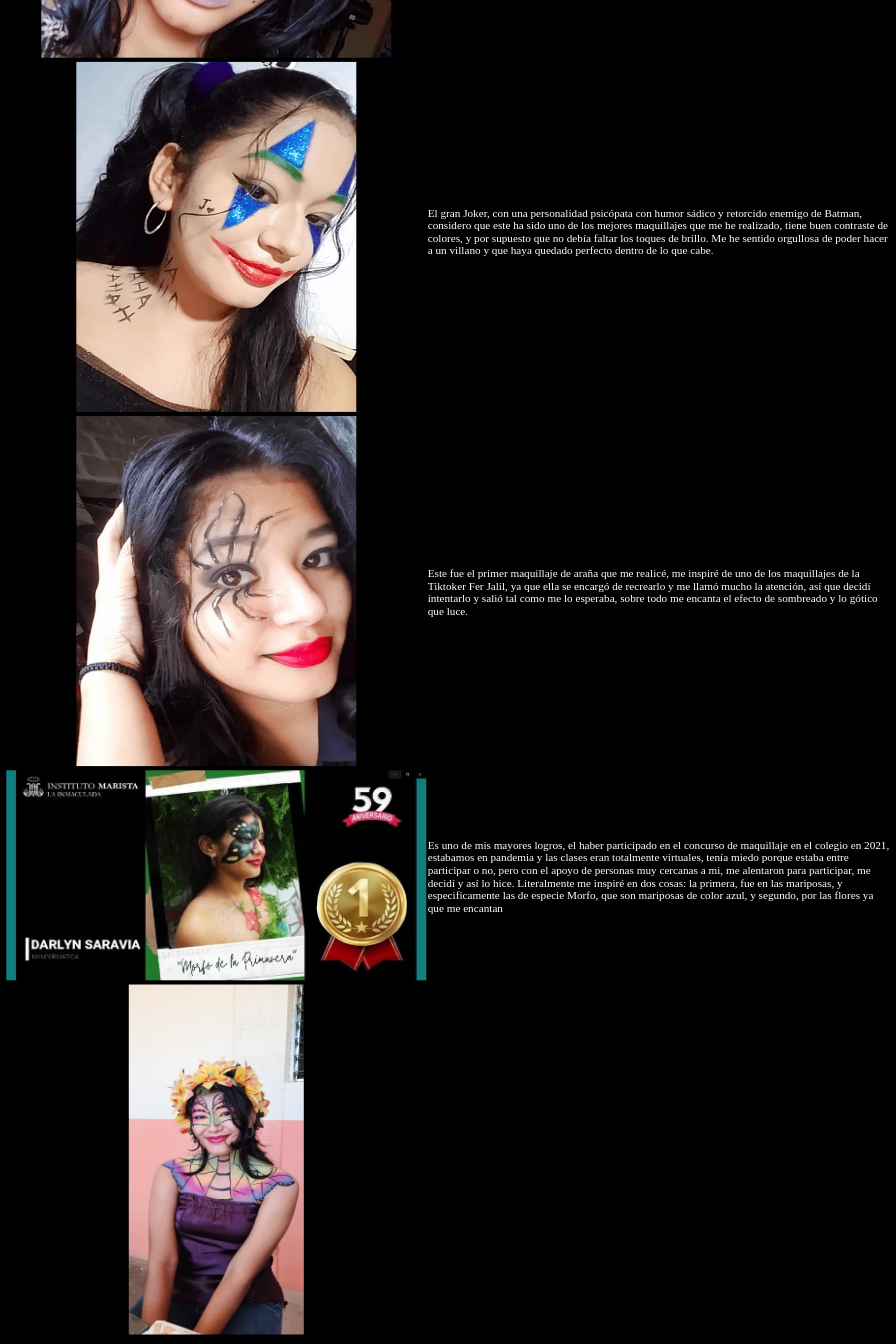
Repository: darlyn-saravia27/portafolio-darlynsaravia
Page: archivoshtml/maquillaje.html
An editor plug-in stored every save of this project. The page is shown before and after the next save, followed by the edit.
The browser window is 1280 px wide. The pictures show the part of the page from y = 3088 to 5008 px (the page is 5008 px tall), at 70% of full size.

Above is the page before, as saved 2023-03-07 02:21:55.

### archivoshtml/maquillaje.html
<!DOCTYPE html>
<html lang="es">
<head>
    <meta charset="UTF-8">
    <meta http-equiv="X-UA-Compatible" content="IE=edge">
    <meta name="viewport" content="width=device-width, initial-scale=1.0">
    <title>Maquillaje</title>
</head>
<body bgcolor="black">
    <table align="center" cellspacing="0" width="100%">
        <tr>
            <td align="center" colspan="2">
                <h1><font color="D10E9C">Mis maquillajes</font></h1>
            </td>
            <br>
            <br>
        </tr>
        <tr>
            <td colspan="2">
                <p><font color="white">Como mencionaba anteriormente, uno de mis principales pasatiempos favoritos es maquillarme,
                y es por ello que muestro algunos de los maquillajes artisticos que me he realizado, la
                mayoria de ellos los realicé en Octubre, ya que sentia que tenia mas disponibilidad en mi tiempo
                y pude enfocarme mucho en los detalles y paciencia que cada uno de ellos requiere.</font>
                </p>
                <br>
                <br>
            </td>
        </tr>
        <tr>
            <td align="center">
                <img src="fo1.png" width="300px" height="500px">
            </td>
            <td>
                <font color="white">Este maquillaje representa a una hada, me gusto por su sencillez, y la vivacidad de
                    los colores que este lleva, colores azules tanto oscuros como claros y toques violetas
                    con brillos, obviamente como se puede resaltar la corona de flores que llevo puesta
                    sobre mi cabeza.</font>
                <br>
                <br>
            </td>
        </tr>
        <tr>
            <td align="center">
                <img src="fo2.png" width="300px" height="500px">
            </td>
            <td><font color="white">Este maquillaje es literalmente la representación de una de mis mayores miedos,
                a las arañas, en el cual usé mi color favorito, negro, el cual es muy dificil de difuminar,
                ya que requiere de mucha practica y paciencia, cabe destacar que en esta fotografia es
                la segunda vez que lo hice, ya que le agregue una tela de araña en el otro ojo, y para darle
                un toque gótico los labios negros con brillos amarillos.</font>
                <br>
                <br>
            </td>
        </tr>
        <tr>
            <td align="center">
                <img src="fo3.png" width="340px" height="500px">
            </td>
            <td><font color="white">Este maquillaje es una recreación de la otra madre, de la película
                Coraline, que es la principal antagonista de la historia cuyo origen es desconocido, la
                cual vive en un mundo paralelo al de Coraline cruzando por una pequeña puerta en la sala
                de estar, al cual es llamado <i>"el otro mundo"</i>. En este maquillaje se usa la técnica
                de sombreado a modo de achicar mas la cara y hacerla ver huesuda como popularmente se le dice
                y para dar un toque de color, el uso de labios rojos y sobre los labios, el caracteristico lunar
                de ese ser malvado.</font>
                <br>
                <br>
            </td>
        </tr>
        <tr>
            <td align="center">
                <img src="fo4.png" width="500px" height="400px">
            </td>
            <td><font color="white">Recreación del maquillaje de Morticia Addams, entrando en contexto
                con este personaje, es el corazón, reina y alma de la Familia Addams, se describe como
                una vampiresa de piel pálida, cabello negro lacio, que usa vestidos negros góticos para
                combinar con su pelo. Volviendo al tema, quise recrear el maquillaje de una Tiktoker famosa,
                llamada Dorys Jocelyn Velásquez, la cual es una maquillista profesional y recrea maquillajes
                de todo tipo de ocasión, y por supuesto, los maquillajes artísticos, y me llamo mucho la atención
                el echo de como fucionó el personaje de Morticia con una catrina, tipos de maquillajes que los
                mexicanos usan el día de muertos. Recalco que me fascina trabajar con colores neutros, pero
                con el color negro en cualquier tipo de maquillaje es difícil de manejar, pero que con práctica,
                dedicación y paciencia, todo se hace mas fácil.</font>
                <br>
                <br>
            </td>
        </tr>
        <tr>
            <td align="center">
                <img src="fo5.png" width="300px" height="500px">
            </td>
            <td><font color="white">El maquillarte es como utilizar un lienzo blanco en el cual
                te dejas guiar por tu imaginación y gustos y comienzas a pintar, esta es una breve descripción
                de este maquillaje, ya que quise no lleva un patrón ni guía, simplemente es colorear de la
                manera en que gustes, usando cualquier variedad de tonos de colores, sombras, etc. </font>
                <br>
                <br>
            </td>

        </tr>
        <tr>
            <td align="center">
                <img src="fo6.png" width="500px" height="400px">
            </td>
            <td><font color="white">Quise agregar esta "tierna" fotografía sobre un maquillaje de un animal,
                una osa, representación de la fauna de los bosques, creo que ha sido uno de los mas sencillos
                y fáciles que he realizado.
                </font>
                <br>
                <br>
            </td>
        </tr>
        <tr>
            <td align="center">
                <img src="fo7.png" width="400px" height="500px">
            </td>
            <td><font color="white">El gran Joker, con una personalidad psicópata con humor sádico
                y retorcido enemigo de Batman, considero que este ha sido uno de los mejores maquillajes
                que me he realizado, tiene buen contraste de colores, y por supuesto que no debía faltar
                los toques de brillo. Me he sentido orgullosa de poder hacer a un villano y que haya quedado
                perfecto dentro de lo que cabe.</font>
                <br>
                <br>
            </td>

        </tr>
        <tr>
            <td align="center">
                <img src="fo8.png" width="400px" height="500px">
            </td>
            <td><font color="white">Este fue el primer maquillaje de araña que me realicé, me
                inspiré de uno de los maquillajes de la Tiktoker Fer Jalil, ya que ella se encargó de
                recrearlo y me llamó mucho la atención, así que decidí intentarlo y salió tal como me lo
                esperaba, sobre todo me encanta el efecto de sombreado y lo gótico que luce.
            </font></td>
            <br>
            <br>
        </tr>
        <tr>
            <td align="center">
                <img src="makedada.png" width="600px" height="300px">
            </td>
            <td><font color="white">Es uno de mis mayores logros, el haber participado en el concurso
                de maquillaje en el colegio en 2021, estabamos en pandemia y las clases eran totalmente
                virtuales, tenía miedo porque estaba entre participar o no, pero con el apoyo de personas
                muy cercanas a mi, me alentaron para participar, me decidí y así lo hice.
                Literalmente me inspiré en dos cosas: la primera, fue en las mariposas, y especificamente las
                de especie Morfo, que son mariposas de color azul, y segundo, por las flores ya que me encantan
            </font></td>
            <br>
            <br>
        </tr>
        <tr>
            <td align="center">
                <img src="makedada2.png" width="250px" height="500px">
            </td>
            <td><font color="white"></font></td>
            <br>
            <br>
        </tr>
    </table>
</body>
</html>

After the next save:
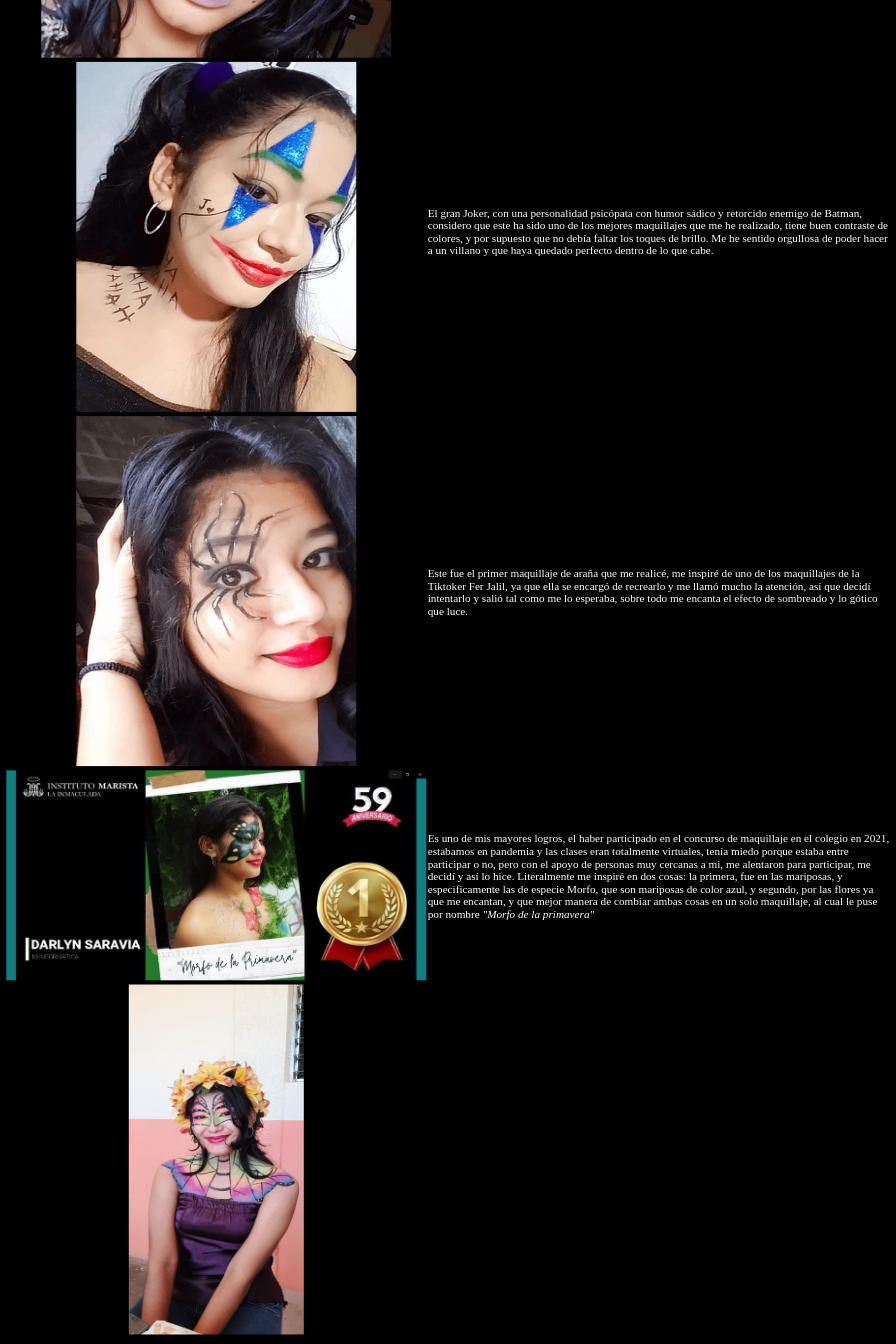
Saved 58 s later.
--- a/archivoshtml/maquillaje.html
+++ b/archivoshtml/maquillaje.html
@@ -145,7 +145,9 @@
                 virtuales, tenía miedo porque estaba entre participar o no, pero con el apoyo de personas
                 muy cercanas a mi, me alentaron para participar, me decidí y así lo hice.
                 Literalmente me inspiré en dos cosas: la primera, fue en las mariposas, y especificamente las
-                de especie Morfo, que son mariposas de color azul, y segundo, por las flores ya que me encantan
+                de especie Morfo, que son mariposas de color azul, y segundo, por las flores ya que me encantan,
+                y que mejor manera de combiar ambas cosas en un solo maquillaje, al cual le puse por nombre <i>"Morfo
+                de la primavera"</i>
             </font></td>
             <br>
             <br>
